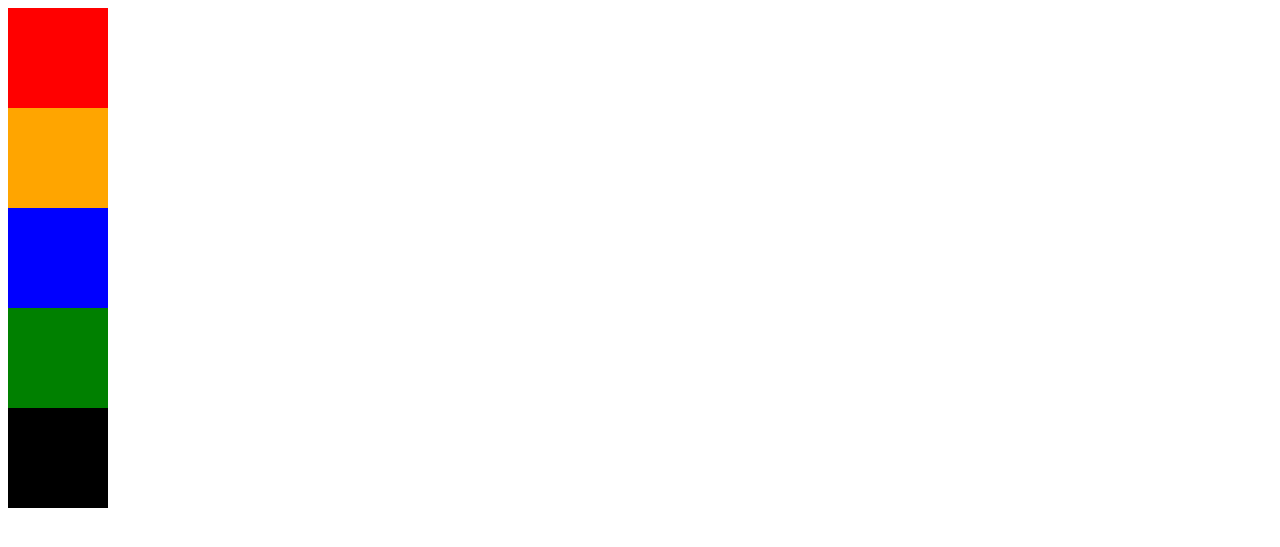
Repository: andiausrust/css-traversy
Page: positioning/index.html
These files come from the project's save history. The page is drawn as it stood at one moment and after the next save; the edit follows.
The browser window is 1280 px wide. The pictures show the whole page.

Above is the page before, as saved 2020-08-21 07:51:04.

### positioning/index.html
<!DOCTYPE html>
<html lang="en">
    <head>
        <meta charset="UTF-8" />
        <meta name="viewport" content="width=device-width, initial-scale=1.0" />
        <link rel="stylesheet" href="./css/style.css" />
        <title>Positioning</title>
    </head>
    <body>
        <div id="box-1" class="box"></div>
        <div id="box-2" class="box"></div>
        <div id="box-3" class="box"></div>
        <div id="box-4" class="box"></div>
        <div id="box-5" class="box"></div>
    </body>
</html>

### positioning/css/style.css
.box {
    width: 100px;
    height: 100px;
}

#box-1 {
    background: red;
}

#box-2 {
    background: orange;
}

#box-3 {
    background: blue;
}

#box-4 {
    background: green;
}

#box-5 {
    background: black;
}

After the next save:
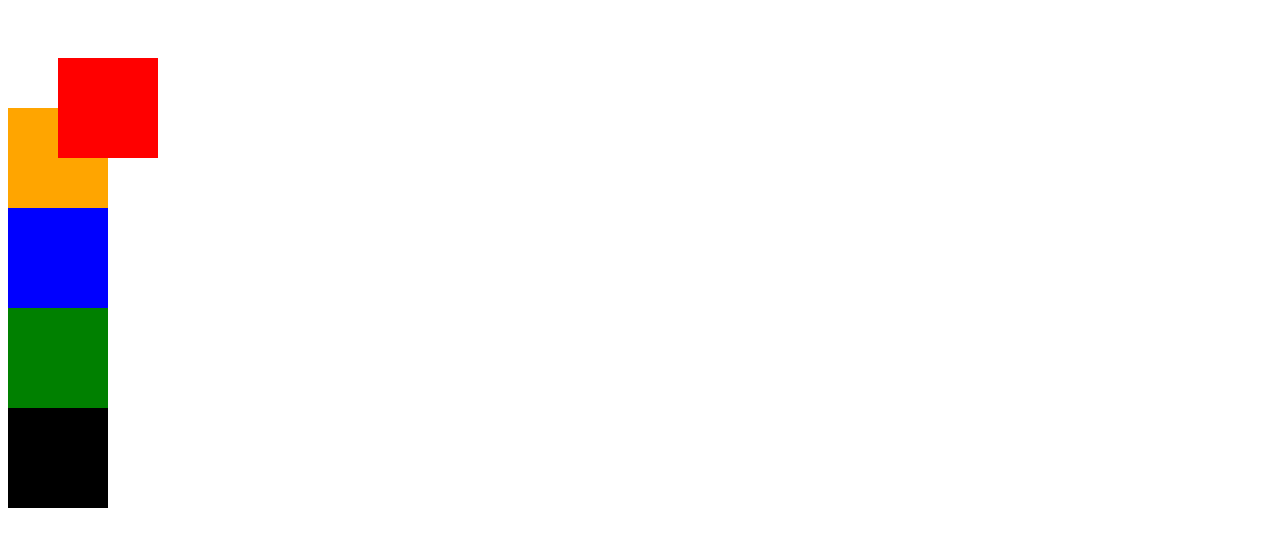
Saved 8 min 34 s later.
--- a/positioning/css/style.css
+++ b/positioning/css/style.css
@@ -4,6 +4,9 @@
 }
 
 #box-1 {
+    position: relative;
+    top: 50px;
+    left: 50px;
     background: red;
 }
 
